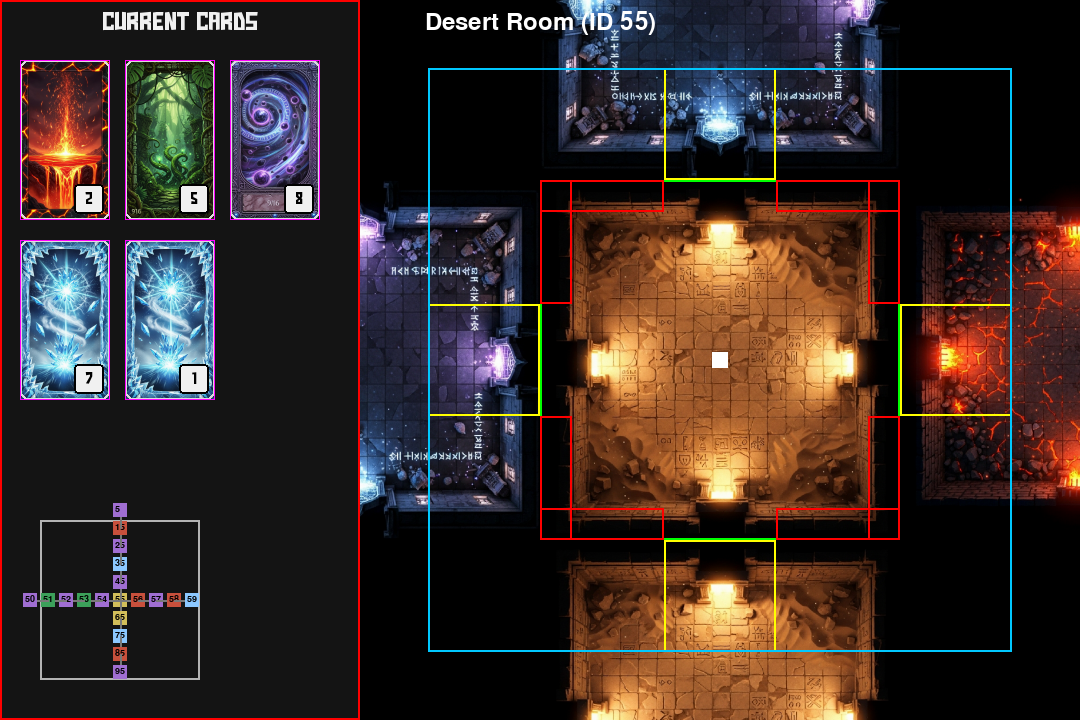
Repository: MehediMim/GateBound
Script's output: python main.py
The author's editor kept a copy of each file at every save. The script's output is drawn from the files as they stood at one save, then again after the next save.
The window is shown after at most 60 frames with no key pressed. Random numbers start from a fixed seed. It also reads assets/bg_arcane.png, assets/bg_desert.png, assets/bg_ice.png, assets/bg_jungle.png, assets/bg_volcanic.png, assets/card_arcane.jpeg, assets/card_desert.jpeg, assets/card_ice.jpeg, assets/card_jungle.jpeg, assets/card_volcanic.jpeg, assets/retro.ttf.

Above is the script's output before, as saved 2026-01-26 19:44:52.

### main.py
import pygame
import sys
import random

# =========================
# CONFIG
# =========================
ROOM_ORIGINAL = 720
ROOM_SCALE = 0.5
ROOM_DRAW = int(ROOM_ORIGINAL * ROOM_SCALE)  # 512
FPS = 60
PLAYER_SPEED = 5
DEBUG = True
CARD_WIDTH  = 90
CARD_HEIGHT = 160   # 180 × 16 / 9 ≈ 320

CAN_PASS_DOOR = False



GRID_W = 10
GRID_H = 10

# =========================
# UI / LAYOUT (IMPORTANT)
# =========================
SIDEBAR_W = 360            # LEFT UI ONLY
PREVIEW_MARGIN = ROOM_DRAW // 2     # space for half rooms

SCREEN_WIDTH  = SIDEBAR_W + ROOM_DRAW + PREVIEW_MARGIN * 2
SCREEN_HEIGHT = ROOM_DRAW + PREVIEW_MARGIN * 2



# =========================
# CARD CONFIG
# =========================
CARD_TYPES = ["Jungle", "Desert", "Ice", "Volcanic", "Arcane"]
CARD_MIN_POWER = 1
CARD_MAX_POWER = 9
MAX_CARDS = 5

# =========================
# INIT
# =========================
pygame.init()
screen = pygame.display.set_mode((SCREEN_WIDTH, SCREEN_HEIGHT))
pygame.display.set_caption("Tower Puzzle — Rooms (10x10)")
clock = pygame.time.Clock()

font = pygame.font.SysFont(None, 36)
map_font = pygame.font.SysFont(None, 14)
retro_font = pygame.font.Font("assets/retro.ttf", 26)
retro_small = pygame.font.Font("assets/retro.ttf", 16)


# =========================
# ROOM TYPES + BG
# =========================
ROOM_TYPES = ["Jungle", "Desert", "Ice", "Volcanic", "Arcane"]

BG_RAW = {
    "Jungle": pygame.image.load("assets/bg_jungle.png").convert(),
    "Desert": pygame.image.load("assets/bg_desert.png").convert(),
    "Ice": pygame.image.load("assets/bg_ice.png").convert(),
    "Volcanic": pygame.image.load("assets/bg_volcanic.png").convert(),
    "Arcane": pygame.image.load("assets/bg_arcane.png").convert(),
}
card_images = {
    "jungle": pygame.image.load("assets/card_jungle.jpeg").convert_alpha(),
    "desert": pygame.image.load("assets/card_desert.jpeg").convert_alpha(),
    "ice": pygame.image.load("assets/card_ice.jpeg").convert_alpha(),
    "volcanic": pygame.image.load("assets/card_volcanic.jpeg").convert_alpha(),
    "arcane": pygame.image.load("assets/card_arcane.jpeg").convert_alpha(),
}
CARD_IMAGE_KEY = {
    "Jungle": "jungle",
    "Desert": "desert",
    "Ice": "ice",
    "Volcanic": "volcanic",
    "Arcane": "arcane",
}

ROOM_COLORS = {
    "Jungle":   (60, 160, 90),
    "Desert":   (210, 190, 90),
    "Ice":      (140, 200, 255),
    "Volcanic": (200, 80, 60),
    "Arcane":   (160, 110, 210),
}


BG = {
    k: pygame.transform.smoothscale(v, (ROOM_DRAW, ROOM_DRAW))
    for k, v in BG_RAW.items()
}

for key in card_images:
    card_images[key] = pygame.transform.smoothscale(
        card_images[key],
        (CARD_WIDTH, CARD_HEIGHT)
    )

# =========================
# GAME BOX (UNCHANGED LOGIC)
# =========================
GAME_BOX_RECT = pygame.Rect(
    SIDEBAR_W + PREVIEW_MARGIN,
    PREVIEW_MARGIN,
    ROOM_DRAW,
    ROOM_DRAW
)

ROOM_RECT = GAME_BOX_RECT.copy()

GATE_THICK = 6

GATES = {
    "top": pygame.Rect(
        ROOM_RECT.centerx - 56,
        ROOM_RECT.top + 28,
        112,
        GATE_THICK
    ),
    "bottom": pygame.Rect(
        ROOM_RECT.centerx - 56,
        ROOM_RECT.bottom - 28 - GATE_THICK,
        112,
        GATE_THICK
    ),
    "left": pygame.Rect(
        ROOM_RECT.left + 28,
        ROOM_RECT.centery - 56,
        GATE_THICK,
        112
    ),
    "right": pygame.Rect(
        ROOM_RECT.right - 28 - GATE_THICK,
        ROOM_RECT.centery - 56,
        GATE_THICK,
        112
    ),
}


# =========================
# DOORS
# =========================
DOORS = {
    "top":    pygame.Rect(ROOM_RECT.centerx - 56, ROOM_RECT.top - 112, 112, 112),
    "bottom": pygame.Rect(ROOM_RECT.centerx - 56, ROOM_RECT.bottom,     112, 112),
    "left":   pygame.Rect(ROOM_RECT.left - 112,   ROOM_RECT.centery - 56, 112, 112),
    "right":  pygame.Rect(ROOM_RECT.right,        ROOM_RECT.centery - 56, 112, 112),
}

WALL_THICK = 32

WALLS = {
    "top": pygame.Rect(
        ROOM_RECT.left, ROOM_RECT.top,
        ROOM_DRAW, WALL_THICK
    ),
    "bottom": pygame.Rect(
        ROOM_RECT.left, ROOM_RECT.bottom - WALL_THICK,
        ROOM_DRAW, WALL_THICK
    ),
    "left": pygame.Rect(
        ROOM_RECT.left, ROOM_RECT.top,
        WALL_THICK, ROOM_DRAW
    ),
    "right": pygame.Rect(
        ROOM_RECT.right - WALL_THICK, ROOM_RECT.top,
        WALL_THICK, ROOM_DRAW
    ),
}


WALK_RECT = ROOM_RECT.copy()
for r in DOORS.values():
    WALK_RECT.union_ip(r)

SPAWN = ROOM_RECT.center

# =========================
# WORLD (10x10 FIXED)
# =========================
rooms = {}

def room_id(x, y):
    return y * GRID_W + x

def create_world():
    for y in range(GRID_H):
        for x in range(GRID_W):
            rid = room_id(x, y)
            links = {}
            if y > 0: links["top"] = room_id(x, y - 1)
            if y < GRID_H - 1: links["bottom"] = room_id(x, y + 1)
            if x > 0: links["left"] = room_id(x - 1, y)
            if x < GRID_W - 1: links["right"] = room_id(x + 1, y)

            rooms[rid] = {
                "id": rid,
                "pos": (x, y),
                "type": random.choice(ROOM_TYPES),
                "links": links
            }

create_world()
current = room_id(GRID_W // 2, GRID_H // 2)

# =========================
# PLAYER
# =========================
player = pygame.Rect(0, 0, 16, 16)
player.center = SPAWN

# =========================
# CARDS
# =========================
cards = []

def create_random_card():
    return {
        "type": random.choice(CARD_TYPES),
        "power": random.randint(CARD_MIN_POWER, CARD_MAX_POWER)
    }

cards = [create_random_card() for _ in range(MAX_CARDS)]

# =========================
# MOVEMENT
# =========================
def move(dx, dy):
    keys = pygame.key.get_pressed()
    allow = keys[pygame.K_e]

    # X movement
    player.x += dx
    for g in GATES.values():
        if player.colliderect(g) and not allow:
            if dx > 0: player.right = g.left
            if dx < 0: player.left = g.right

    # Y movement
    player.y += dy
    for g in GATES.values():
        if player.colliderect(g) and not allow:
            if dy > 0: player.bottom = g.top
            if dy < 0: player.top = g.bottom

def change_room(direction):
    global current
    if direction in rooms[current]["links"]:
        current = rooms[current]["links"][direction]
        player.center = SPAWN

def handle_doors():
    global current
    keys = pygame.key.get_pressed()
    if not keys[pygame.K_e]:
        return

    for d, r in DOORS.items():
        if player.colliderect(r):
            current = rooms[current]["links"].get(d, current)
            player.center = SPAWN
            break

def draw_press_e_hint():
    for r in DOORS.values():
        if player.colliderect(r):
            txt = retro_small.render("PRESS E", True, (255, 255, 255))
            screen.blit(txt, (player.x - 10, player.y - 20))


# =========================
# DRAW UI
# =========================

def draw_cards_title():
    text = retro_font.render("CURRENT CARDS", True, (240, 240, 240))
    x = (SIDEBAR_W - text.get_width()) // 2
    y = 10
    screen.blit(text, (x, y))


def draw_cards():
    start_x = 20
    start_y = 60
    gap_x = 15
    gap_y = 20
    cards_per_row = 3

    for i, c in enumerate(cards):
        key = CARD_IMAGE_KEY[c["type"]]

        row = i // cards_per_row
        col = i % cards_per_row

        x = start_x + col * (CARD_WIDTH + gap_x)
        y = start_y + row * (CARD_HEIGHT + gap_y)

        # card image
        screen.blit(card_images[key], (x, y))

        # border
        pygame.draw.rect(
            screen,
            (220, 220, 220),
            (x, y, CARD_WIDTH, CARD_HEIGHT),
            2,
            border_radius=8
        )

        # 🔥 POWER BADGE (BOTTOM-RIGHT)
        power_text = retro_small.render(str(c["power"]), True, (0, 0, 0))
        badge_size = 30
        badge_x = x + CARD_WIDTH - badge_size - 6
        badge_y = y + CARD_HEIGHT - badge_size - 6

        pygame.draw.rect(
            screen,
            (240, 240, 240),
            (badge_x, badge_y, badge_size, badge_size),
            border_radius=4
        )
        pygame.draw.rect(
            screen,
            (0, 0, 0),
            (badge_x, badge_y, badge_size, badge_size),
            2,
            border_radius=4
        )

        screen.blit(
            power_text,
            (
                badge_x + (badge_size - power_text.get_width()) // 2,
                badge_y + (badge_size - power_text.get_height()) // 2
            )
        )

def draw_debug_borders():
    # Sidebar
    pygame.draw.rect(screen, (255, 0, 0), (0, 0, SIDEBAR_W, SCREEN_HEIGHT), 2)

    # Main room
    pygame.draw.rect(screen, (0, 255, 0), ROOM_RECT, 2)

    # Doors
    for r in DOORS.values():
        pygame.draw.rect(screen, (255, 255, 0), r, 2)
    for w in get_blocking_walls():
        pygame.draw.rect(screen, (255, 0, 0), w, 2)

    # Walkable area
    pygame.draw.rect(screen, (0, 200, 255), WALK_RECT, 2)

    # Card slots
    start_x = 20
    start_y = 60
    gap_x = 15
    gap_y = 20
    cards_per_row = 3

    for i in range(MAX_CARDS):
        row = i // cards_per_row
        col = i % cards_per_row

        x = start_x + col * (CARD_WIDTH + gap_x)
        y = start_y + row * (CARD_HEIGHT + gap_y)

        pygame.draw.rect(
            screen,
            (255, 0, 255),
            (x, y, CARD_WIDTH, CARD_HEIGHT),
            1
        )


def get_blocking_walls():
    blocks = []

    for side, wall in WALLS.items():
        door = DOORS[side]
        left_part = wall.clip(
            pygame.Rect(wall.left, wall.top, door.left - wall.left, wall.height)
        )
        right_part = wall.clip(
            pygame.Rect(door.right, wall.top, wall.right - door.right, wall.height)
        )

        if wall.width > wall.height:  # horizontal wall
            blocks.append(pygame.Rect(wall.left, wall.top, door.left - wall.left, wall.height))
            blocks.append(pygame.Rect(door.right, wall.top, wall.right - door.right, wall.height))
        else:  # vertical wall
            blocks.append(pygame.Rect(wall.left, wall.top, wall.width, door.top - wall.top))
            blocks.append(pygame.Rect(wall.left, door.bottom, wall.width, wall.bottom - door.bottom))

    return blocks



def draw_minimap():
    panel_size = 160
    panel_x = 40
    panel_y = SCREEN_HEIGHT - panel_size - 40

    node = 14
    gap = 4
    step = node + gap

    center_x = panel_x + panel_size // 2 - node // 2
    center_y = panel_y + panel_size // 2 - node // 2

    pygame.draw.rect(screen, (20, 20, 20), (panel_x, panel_y, panel_size, panel_size))
    pygame.draw.rect(screen, (180, 180, 180), (panel_x, panel_y, panel_size, panel_size), 2)

    # center room
    center_color = ROOM_COLORS[rooms[current]["type"]]
    pygame.draw.rect(screen, center_color, (center_x, center_y, node, node))

    screen.blit(
        map_font.render(str(current), True, (0, 0, 0)),
        (center_x + 2, center_y + 1)
    )

    directions = {
        "top": (0, -1),
        "bottom": (0, 1),
        "left": (-1, 0),
        "right": (1, 0),
    }

    for d, (dx, dy) in directions.items():
        rid = current
        cx, cy = center_x, center_y

        for _ in range(5):  # max 5 each side
            nxt = rooms[rid]["links"].get(d)
            if nxt is None:
                break

            cx += dx * step
            cy += dy * step

            pygame.draw.line(
                screen, (120, 120, 120),
                (cx + node // 2 - dx * step, cy + node // 2 - dy * step),
                (cx + node // 2, cy + node // 2),
                2
            )

            neighbor_color = ROOM_COLORS[rooms[nxt]["type"]]
            pygame.draw.rect(screen, neighbor_color, (cx, cy, node, node))

            screen.blit(
                map_font.render(str(nxt), True, (0, 0, 0)),
                (cx + 2, cy + 1)
            )

            rid = nxt

def draw_card(screen, card_type, x, y):
    screen.blit(card_images[card_type], (x, y))

def draw_card_with_border(screen, card_type, x, y):
    screen.blit(card_images[card_type], (x, y))
    pygame.draw.rect(
        screen,
        (220, 220, 220),  # light border
        (x, y, CARD_WIDTH, CARD_HEIGHT),
        2
    )

def draw_selected_card(screen, card_type, x, y):
    screen.blit(card_images[card_type], (x, y))
    glow_rect = pygame.Surface((CARD_WIDTH, CARD_HEIGHT), pygame.SRCALPHA)
    glow_rect.fill((255, 255, 255, 40))  # soft white glow
    screen.blit(glow_rect, (x, y))


# =========================
# LOOP
# =========================
while True:
    clock.tick(FPS)

    for e in pygame.event.get():
        if e.type == pygame.QUIT:
            pygame.quit()
            sys.exit()

    k = pygame.key.get_pressed()
    dx = dy = 0
    if k[pygame.K_a] or k[pygame.K_LEFT]: dx -= PLAYER_SPEED
    if k[pygame.K_d] or k[pygame.K_RIGHT]: dx += PLAYER_SPEED
    if k[pygame.K_w] or k[pygame.K_UP]: dy -= PLAYER_SPEED
    if k[pygame.K_s] or k[pygame.K_DOWN]: dy += PLAYER_SPEED

    move(dx, dy)
    handle_doors()

    screen.fill((0,0,0))

    # Sidebar
    pygame.draw.rect(screen, (20,20,20), (0,0,SIDEBAR_W,SCREEN_HEIGHT))
    pygame.draw.rect(screen, (180,180,180), (0,0,SIDEBAR_W,SCREEN_HEIGHT), 2)

    # Game box border
    pygame.draw.rect(screen, (30,30,30), GAME_BOX_RECT)
    pygame.draw.rect(screen, (180,180,180), GAME_BOX_RECT, 2)

    room = rooms[current]
    cx, cy = ROOM_RECT.topleft
    w = h = ROOM_DRAW
    half = w // 2

    # Center
    screen.blit(BG[room["type"]], (cx, cy))

    # Neighbors (VISIBLE, NOT CLIPPED)
    if "top" in room["links"]:
        t = rooms[room["links"]["top"]]
        screen.blit(BG[t["type"]].subsurface((0, half, w, half)), (cx, cy-half))
    if "bottom" in room["links"]:
        b = rooms[room["links"]["bottom"]]
        screen.blit(BG[b["type"]].subsurface((0, 0, w, half)), (cx, cy+w))
    if "left" in room["links"]:
        l = rooms[room["links"]["left"]]
        screen.blit(BG[l["type"]].subsurface((half, 0, half, h)), (cx-half, cy))
    if "right" in room["links"]:
        r = rooms[room["links"]["right"]]
        screen.blit(BG[r["type"]].subsurface((0, 0, half, h)), (cx+w, cy))

    pygame.draw.rect(screen, (255,255,255), player)
    draw_press_e_hint()
    draw_cards_title()
    # draw_cards()


    draw_cards()
    # draw_cards()
    draw_minimap()


    label = font.render(f"{room['type']} Room (ID {current})", True, (255,255,255))
    screen.blit(label, (SCREEN_WIDTH//2 - label.get_width()//2, 10))


    if DEBUG:
        draw_debug_borders()


    pygame.display.flip()

After the next save:
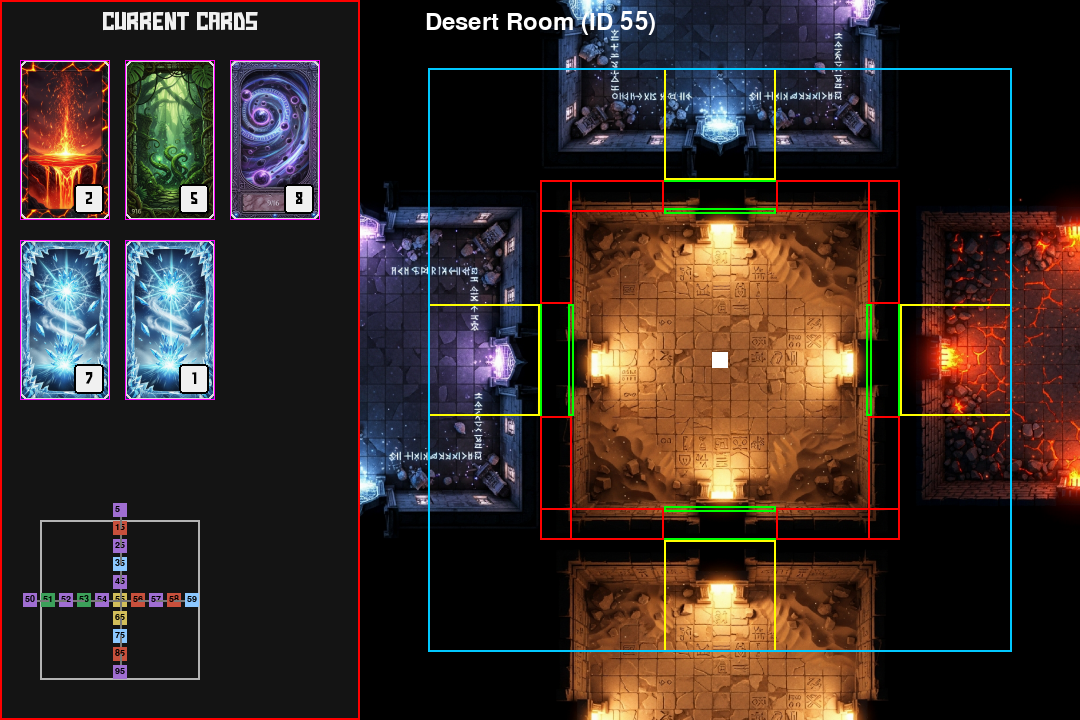
Saved 29 s later.
--- a/main.py
+++ b/main.py
@@ -353,6 +353,10 @@ def draw_debug_borders():
         pygame.draw.rect(screen, (255, 255, 0), r, 2)
     for w in get_blocking_walls():
         pygame.draw.rect(screen, (255, 0, 0), w, 2)
+
+    for g in GATES.values():
+        pygame.draw.rect(screen, (0, 255, 0), g, 2)
+
 
     # Walkable area
     pygame.draw.rect(screen, (0, 200, 255), WALK_RECT, 2)
